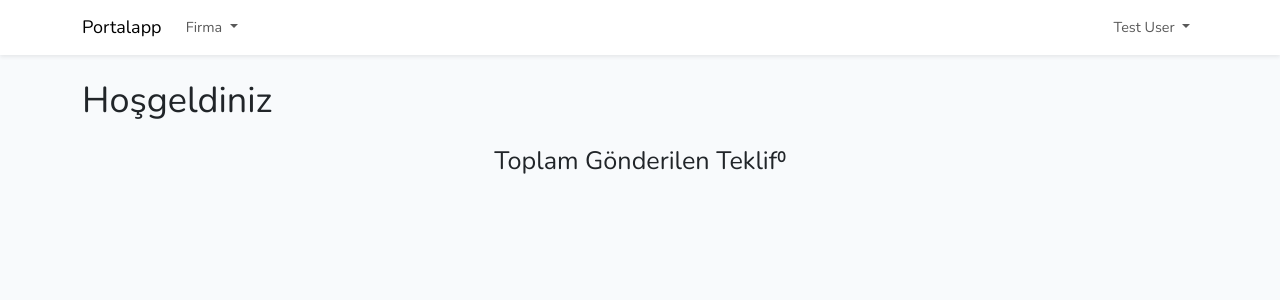
Repository: oguzhansade/portalapp
Page: http://localhost/
An editor plug-in stored every save of this project. The page is shown before and after the next save, followed by the edit.
The browser window is 1280 px wide. The pictures show the whole page.
The page is served by the project's Laravel application, run on PHP 8.4 with Laravel 9. A made-up administrator, Test User (test@example.com), is signed in. Style sheets and scripts are compiled from the project's sources, by tool versions that may differ from the author's. Queries for data that is not in the repository find no rows.

Above is the page before, as saved 2023-06-22 22:00:39.

After the next save:
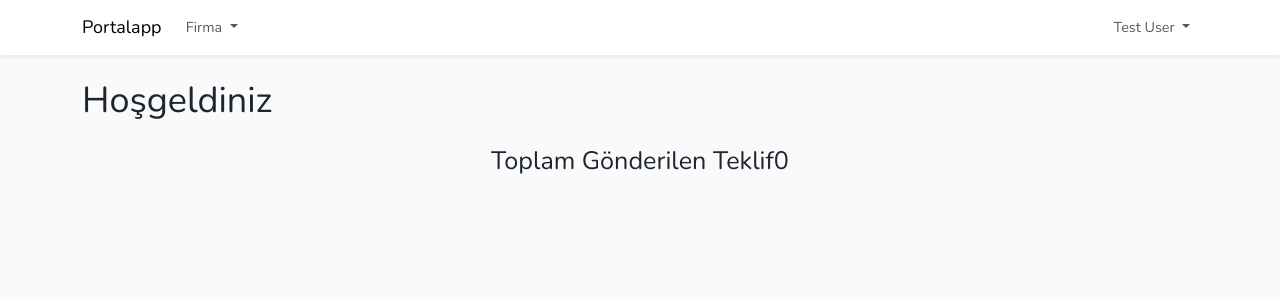
Saved 10 s later.
--- a/resources/views/front/home/index.blade.php
+++ b/resources/views/front/home/index.blade.php
@@ -12,7 +12,7 @@
         <div class="row mt-3">
             <div class="col-md-12 d-flex justify-content-center">
                 <h3>Toplam Gönderilen Teklif</h3><br>
-                <strong>{{ \App\Models\OfferFirma::getOfferTotal() }}</strong>
+                <strong class="h3">{{ \App\Models\OfferFirma::getOfferTotal() }}</strong>
             </div>
         </div>
     </div>
